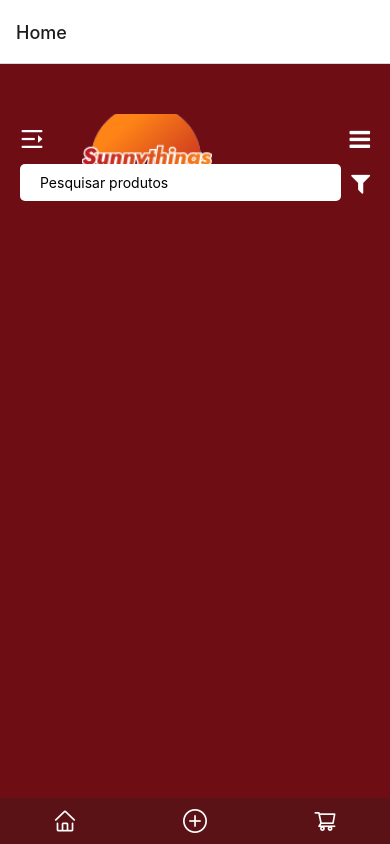
Repository: Luizzzin/SuperMercado
Screen: / (app in suny/)
These files come from the project's save history. The screen is drawn as it stood at one moment and after the next save; the edit follows.
The app was drawn by React Native's web renderer in a window 390 px wide. The project was rebuilt for these pictures with package versions that can differ from the ones it lists, and the page was loaded fresh each time.

Above is the screen before, as saved 2024-05-09 11:21:48.

After the next save:
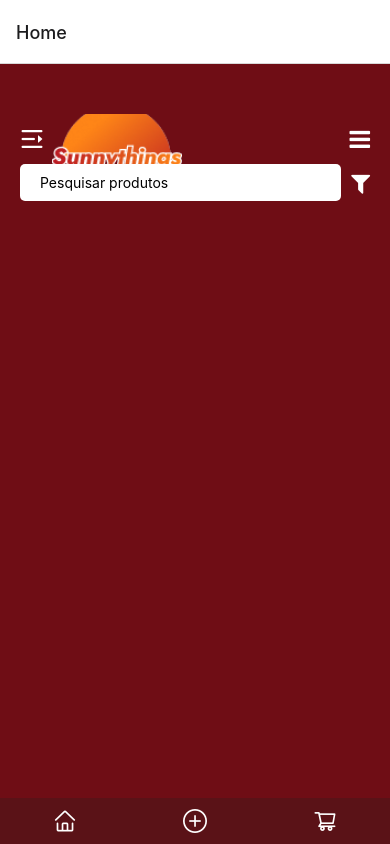
Saved 7 s later.
--- a/suny/HomeScreen.js
+++ b/suny/HomeScreen.js
@@ -68,7 +68,7 @@
   logo: {
     width: 130,
     height: 50,
-    right: 50,
+    right: 80,
   },
   searchBar: {
     flexDirection: 'row',
